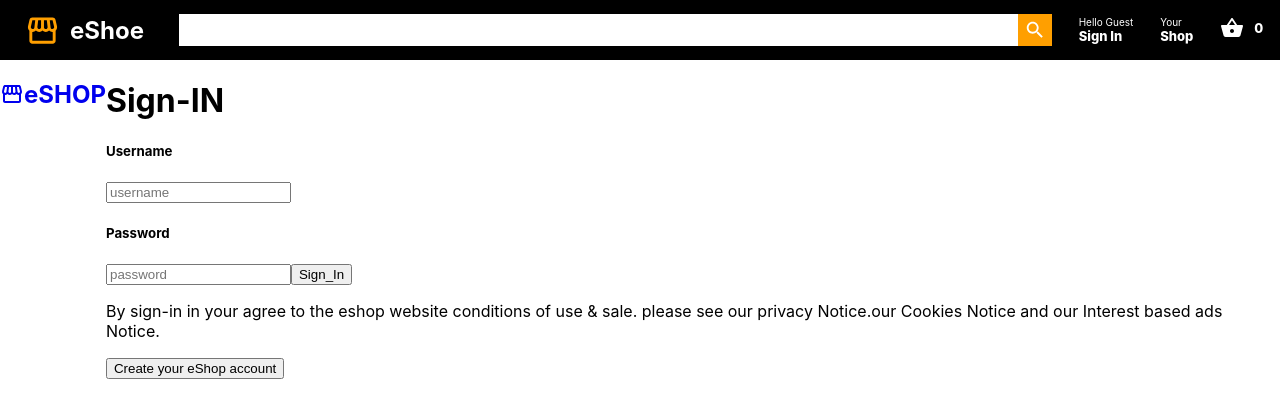
Repository: sandeepreddyvitta/react
Page: /login (app in eshop/)
The author's editor kept a copy of each file at every save. The page is drawn from the files as they stood at one save, then again after the next save.
The browser window is 1280 px wide. The pictures show the whole page.
The project was rebuilt for these pictures with package versions that can differ from the ones it lists, and the page was loaded fresh each time. Also part of the build but not shown: eshop/src/components/products/product.scss, eshop/src/components/products/Product.js, eshop/src/components/home/home.scss, eshop/src/components/home/Home.js, eshop/src/components/checkOut/checkout.scss, eshop/src/components/checkOut/checkoutproduct.scss, eshop/src/components/checkOut/CheckOutProduct.js, eshop/src/components/checkOut/subtotal.scss and 2 more.

Above is the page before, as saved 2022-12-07 11:33:21.

After the next save:
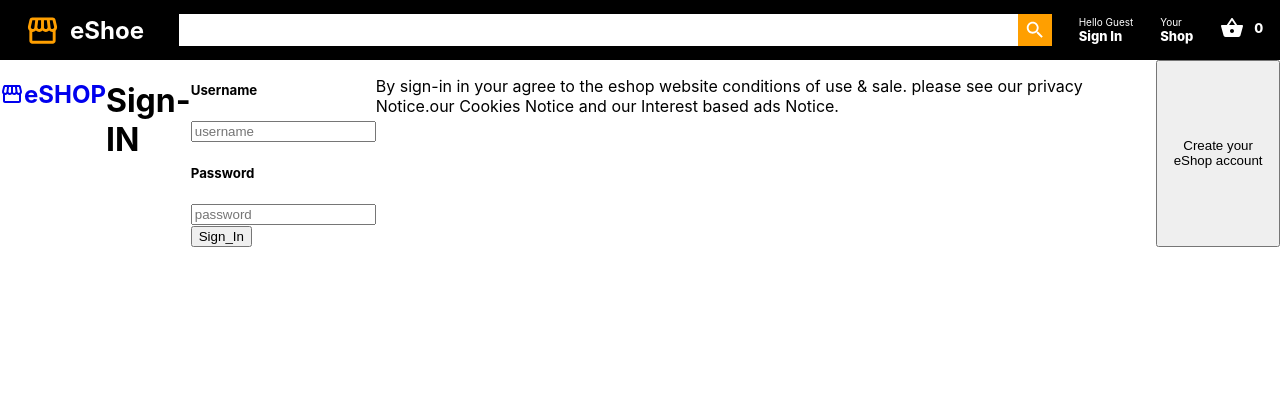
Saved 31 s later.
--- a/eshop/src/components/login/login.scss
+++ b/eshop/src/components/login/login.scss
@@ -4,4 +4,7 @@
         display: flex;
         align-items: center;
     }
+    .loginContainer{
+        display: flex;
+    }
 }
